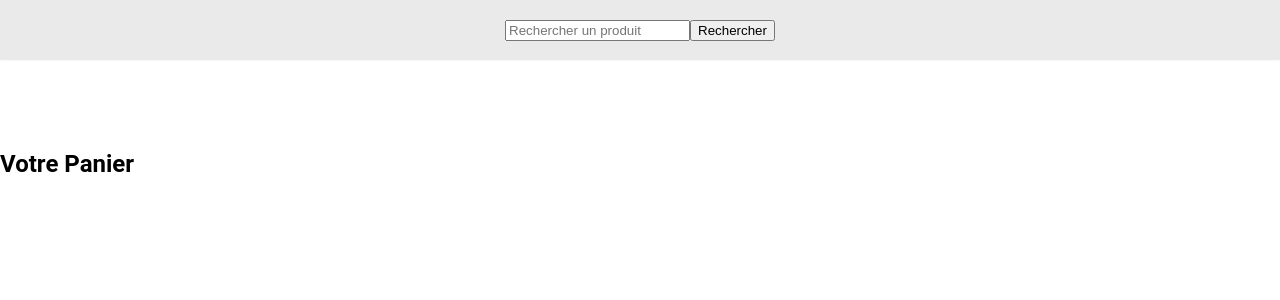
Repository: ByteVoyageur/restaurant-xin
Page: frontend/index.html
These files come from the project's save history. The page is drawn as it stood at one moment and after the next save; the edit follows.
The browser window is 1280 px wide. The pictures show the whole page.
The style sheet was rebuilt from its Sass, Less or Tailwind sources for each picture, by a compiler version that may differ from the author's.

Above is the page before, as saved 2023-11-10 13:30:15.
Console error: SyntaxError: Unexpected token 'const'

After the next save:
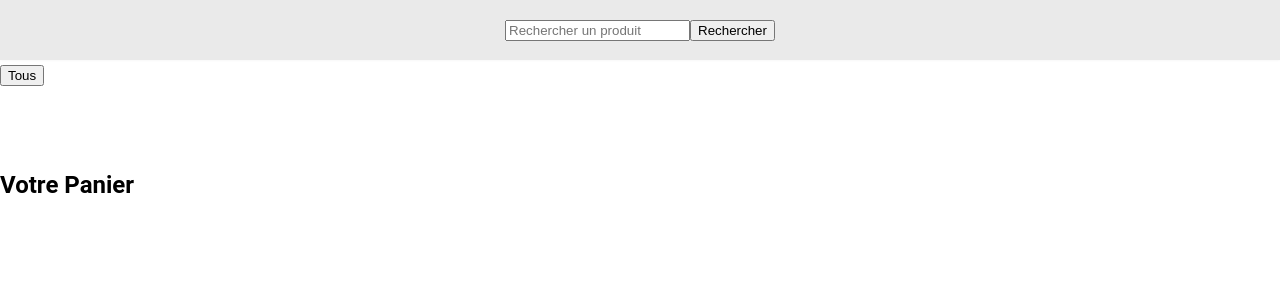
The error is gone.
Saved 3 min 8 s later.
--- a/frontend/script.js
+++ b/frontend/script.js
@@ -1,5 +1,9 @@
 console.log('script.js loaded')
 import { fetchMenuData } from './assets/js/api.js'
+const categoryButtonsDiv = document.querySelector('.category-buttons')
+const buttonsTous = document.createElement('button')
+buttonsTous.textContent = 'Tous'
+categoryButtonsDiv.append(buttonsTous)
 
 function storeMenuData(data) {
   localStorage.setItem('menuData', JSON.stringify(data))
@@ -16,7 +20,3 @@ function loadMenuData() {
     })
   }
 }
-
-const
-const buttonsTous = document.createElement('button')
-buttonsTous.textContent = 'Tous'
